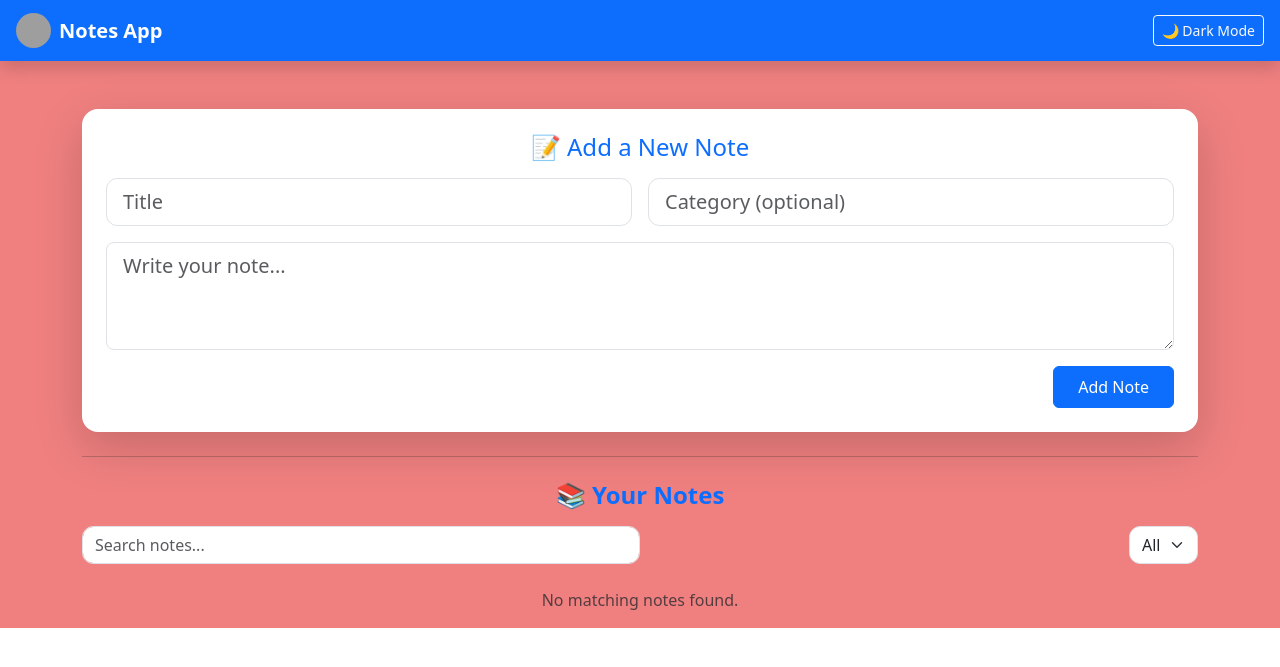
Repository: divakar-saravanan/NotesWeb
Page: / (app in notesapp/)
These files come from the project's save history. The page is drawn as it stood at one moment and after a run of saves; the edit follows.
The browser window is 1280 px wide. The pictures show the whole page.
Pictures or frames that could not be fetched are drawn as grey boxes. The project was rebuilt for these pictures with package versions that can differ from the ones it lists, and the page was loaded fresh each time. Also part of the build but not shown: notesapp/vite.config.js, notesapp/src/index.css, notesapp/src/Components/NoteCard.jsx.

Above is the page before, as saved 2025-10-09 20:53:25.

### notesapp/src/App.jsx
import React, { useState, useEffect } from "react";
import Navbar from "./Components/Navbar";
import NoteCard from "./Components/NoteCard";
import NoteForm from "./Components/NoteForm";
import { motion, AnimatePresence } from "framer-motion";
import "./App.css";
import 'bootstrap/dist/css/bootstrap.min.css';

const App = () => {
  const [notes, setNotes] = useState([]);
  const [editIndex, setEditIndex] = useState(null);
  const [isDarkMode, setIsDarkMode] = useState(
    JSON.parse(localStorage.getItem("isDarkMode")) || false
  );
  const [searchText, setSearchText] = useState("");
  const [categoryFilter, setCategoryFilter] = useState("All");

  // Load notes
  useEffect(() => {
    const savedNotes = JSON.parse(localStorage.getItem("notes")) || [];
    setNotes(savedNotes);
  }, []);

  // Save notes
  useEffect(() => {
    localStorage.setItem("notes", JSON.stringify(notes));
  }, [notes]);

  useEffect(() => {
    localStorage.setItem("isDarkMode", JSON.stringify(isDarkMode));
  }, [isDarkMode]);

  const addNote = (note) => {
    if (editIndex !== null) {
      const updatedNotes = [...notes];
      updatedNotes[editIndex] = note;
      setNotes(updatedNotes);
      setEditIndex(null);
    } else {
      setNotes([...notes, note]);
    }
  };

  const deleteNote = (index) => {
    setNotes(notes.filter((_, i) => i !== index));
  };

  const editNote = (index) => {
    setEditIndex(index);
  };

  const toggleTheme = () => {
    setIsDarkMode(!isDarkMode);
  };

  // Filter notes
  const filteredNotes = notes.filter((note) => {
    const matchesSearch =
      note.title.toLowerCase().includes(searchText.toLowerCase()) ||
      note.content.toLowerCase().includes(searchText.toLowerCase());
    const matchesCategory =
      categoryFilter === "All" ||
      (note.category && note.category.toLowerCase() === categoryFilter.toLowerCase());
    return matchesSearch && matchesCategory;
  });

  // Extract categories for dropdown
  const categories = ["All", ...new Set(notes.map((note) => note.category || "General"))];

  return (
    <div className={isDarkMode ? "dark-mode" : "light-mode"}>
      <Navbar isDarkMode={isDarkMode} toggleTheme={toggleTheme} />

      <div className="container my-5">
        <motion.div
          initial={{ opacity: 0, y: -30 }}
          animate={{ opacity: 1, y: 0 }}
          transition={{ duration: 0.5 }}
        >
          <NoteForm addNote={addNote} editNote={notes[editIndex]} />
        </motion.div>

        <hr className="my-4" />
        <h4 className="text-center mb-3 fw-bold text-primary">📚 Your Notes</h4>

        {/* 🔍 Search & Filter */}
        <div className="d-flex justify-content-between align-items-center mb-4 flex-wrap gap-3">
          <input
            type="text"
            placeholder="Search notes..."
            className="form-control w-50"
            value={searchText}
            onChange={(e) => setSearchText(e.target.value)}
          />

          <select
            className="form-select w-auto"
            value={categoryFilter}
            onChange={(e) => setCategoryFilter(e.target.value)}
          >
            {categories.map((cat, i) => (
              <option key={i} value={cat}>
                {cat}
              </option>
            ))}
          </select>
        </div>

        <div className="row g-4">
          <AnimatePresence>
            {filteredNotes.length === 0 ? (
              <motion.p
                key="empty"
                className="text-center text-muted"
                initial={{ opacity: 0 }}
                animate={{ opacity: 1 }}
                exit={{ opacity: 0 }}
              >
                No matching notes found.
              </motion.p>
            ) : (
              filteredNotes.map((note, index) => (
                <NoteCard
                  key={index}
                  note={note}
                  index={index}
                  deleteNote={deleteNote}
                  editNote={editNote}
                />
              ))
            )}
          </AnimatePresence>
        </div>
      </div>
    </div>
  );
};

export default App;

### notesapp/src/Components/Navbar.jsx
import React from "react";
import { motion } from "framer-motion";

const Navbar = ({ isDarkMode, toggleTheme }) => {
  return (
    <>
      <motion.nav
        className={`navbar ${
          isDarkMode ? "navbar-dark bg-dark" : "navbar-dark bg-primary"
        } px-3 shadow`}
        initial={{ y: -50, opacity: 0 }}
        animate={{ y: 0, opacity: 1 }}
        transition={{ duration: 0.4 }}
      >
        <a className="navbar-brand d-flex align-items-center" href="#">
          <img
            src="/logo192.png"
            alt="Logo"
            width="35"
            height="35"
            className="me-2 rounded-circle"
          />
          <strong>Notes App</strong>
        </a>

        <motion.button
          className={`btn btn-sm ${
            isDarkMode ? "btn-light" : "btn-outline-light"
          }`}
          onClick={toggleTheme}
          whileHover={{ scale: 1.1 }}
          whileTap={{ scale: 0.9 }}
        >
          {isDarkMode ? "☀ Light Mode" : "🌙 Dark Mode"}
        </motion.button>
      </motion.nav>
    </>
  );
};

export default Navbar;

### notesapp/src/Components/NoteForm.jsx
import React, { useState, useEffect } from "react";
import { motion } from "framer-motion";

const NoteForm = ({ addNote, editNote }) => {
  const [title, setTitle] = useState("");
  const [category, setCategory] = useState("");
  const [content, setContent] = useState("");

  useEffect(() => {
    if (editNote) {
      setTitle(editNote.title);
      setCategory(editNote.category);
      setContent(editNote.content);
    } else {
      setTitle("");
      setCategory("");
      setContent("");
    }
  }, [editNote]);

  const handleSubmit = (e) => {
    e.preventDefault();
    if (!title.trim() || !content.trim()) {
      alert("Please fill in the title and content!");
      return;
    }

    const newNote = { title, category, content };
    addNote(newNote);
    setTitle("");
    setCategory("");
    setContent("");
  };

  return (
    <motion.div
      className="card shadow-lg border-0 p-4 bg-white"
      whileHover={{ scale: 1.01 }}
      transition={{ type: "spring", stiffness: 200 }}
    >
      <h4 className="text-center mb-3 text-primary">
        {editNote ? "✏ Edit Note" : "📝 Add a New Note"}
      </h4>
      <form onSubmit={handleSubmit} className="row g-3">
        <div className="col-md-6">
          <input
            type="text"
            className="form-control form-control-lg"
            placeholder="Title"
            value={title}
            onChange={(e) => setTitle(e.target.value)}
          />
        </div>
        <div className="col-md-6">
          <input
            type="text"
            className="form-control form-control-lg"
            placeholder="Category (optional)"
            value={category}
            onChange={(e) => setCategory(e.target.value)}
          />
        </div>
        <div className="col-12">
          <textarea
            className="form-control form-control-lg"
            rows="3"
            placeholder="Write your note..."
            value={content}
            onChange={(e) => setContent(e.target.value)}
          ></textarea>
        </div>
        <div className="col-12 text-end">
          <motion.button
            type="submit"
            className={`btn ${editNote ? "btn-warning" : "btn-primary"} px-4 py-2`}
            whileHover={{ scale: 1.05 }}
            whileTap={{ scale: 0.9 }}
          >
            {editNote ? "Update Note" : "Add Note"}
          </motion.button>
        </div>
      </form>
    </motion.div>
  );
};

export default NoteForm;

### notesapp/src/App.css
input.form-control,
select.form-select {
  border-radius: 0.7rem;
  transition: all 0.3s ease-in-out;
}

input.form-control:focus,
select.form-select:focus {
  box-shadow: 0 0 8px rgba(0, 123, 255, 0.4);
}

body {
    font-family: "Poppins", sans-serif;
    transition: all 0.3s ease-in-out;
  }

  .light-mode {
    background-color: lightcoral;
    color: #212529;
  }

  .dark-mode {
    background-color: #121212;
    color: #f1f1f1;
  }

  .dark-mode .card {
    background-color: #1e1e1e;
    color: #f1f1f1;
    border: 1px solid #333;
  }

  .dark-mode .navbar {
    background-color: #222 !important;
  }

  .card {
    border-radius: 1rem !important;
  }

  .note-card {
    transition: all 0.3s ease-in-out;
  }

  .note-card:hover {
    box-shadow: 0px 6px 20px rgba(0, 0, 0, 0.2);
  }

Loaded but not shown: notesapp/index.html (common file); notesapp/src/main.jsx (common file)

After the next 2 saves:
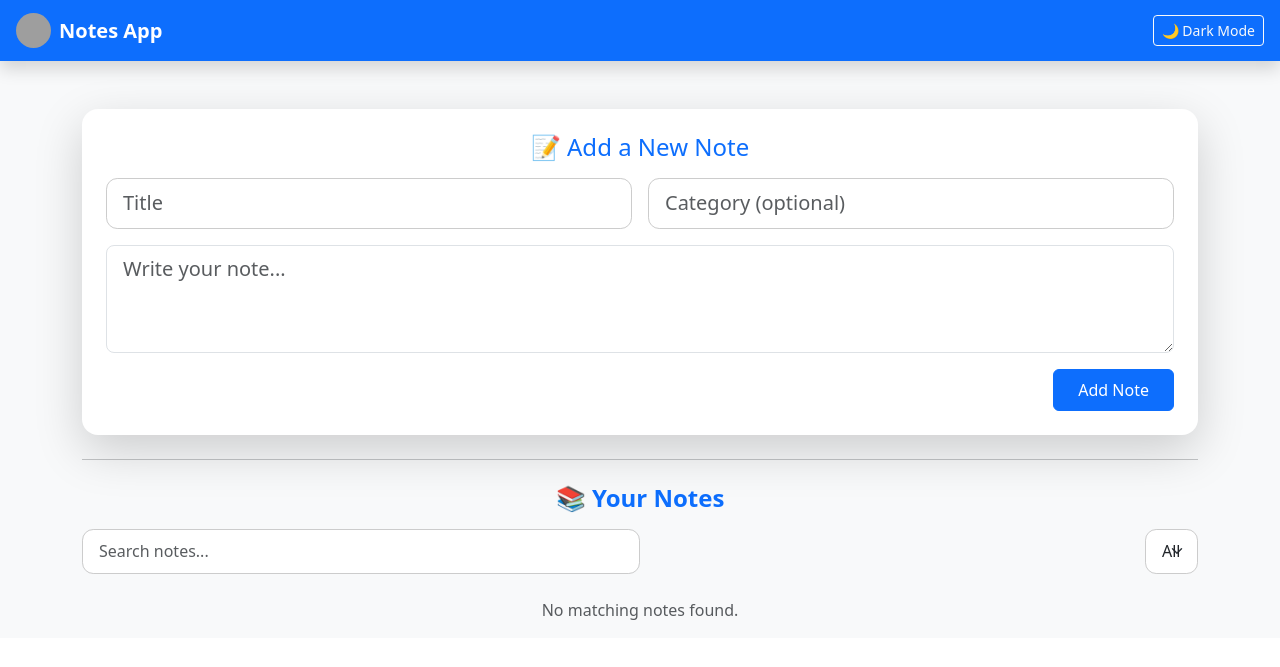
The 2 saves are shown as one change because they came seconds apart.
The last was saved 24 s later.
--- a/notesapp/src/App.css
+++ b/notesapp/src/App.css
@@ -1,47 +1,77 @@
+/* General Inputs & Selects */
 input.form-control,
 select.form-select {
   border-radius: 0.7rem;
   transition: all 0.3s ease-in-out;
+  border: 1px solid #ccc;
+  padding: 0.6rem 1rem;
 }
 
 input.form-control:focus,
 select.form-select:focus {
   box-shadow: 0 0 8px rgba(0, 123, 255, 0.4);
+  border-color: #007bff;
 }
 
+/* Body & Mode */
 body {
-    font-family: "Poppins", sans-serif;
-    transition: all 0.3s ease-in-out;
-  }
+  font-family: "Poppins", sans-serif;
+  transition: all 0.3s ease-in-out;
+}
 
-  .light-mode {
-    background-color: lightcoral;
-    color: #212529;
-  }
+.light-mode {
+  background-color: #f8f9fa;
+  color: #212529;
+}
 
-  .dark-mode {
-    background-color: #121212;
-    color: #f1f1f1;
-  }
+.dark-mode {
+  background-color: #121212;
+  color: #f1f1f1;
+}
 
-  .dark-mode .card {
-    background-color: #1e1e1e;
-    color: #f1f1f1;
-    border: 1px solid #333;
-  }
+.dark-mode .card {
+  background-color: #1e1e1e;
+  color: #f1f1f1;
+  border: 1px solid #333;
+}
 
-  .dark-mode .navbar {
-    background-color: #222 !important;
-  }
+.dark-mode .navbar {
+  background-color: #222 !important;
+}
 
-  .card {
-    border-radius: 1rem !important;
-  }
+/* Card Styling */
+.card {
+  border-radius: 1rem !important;
+  padding: 1rem;
+  margin: 1rem 0;
+  transition: transform 0.3s ease, box-shadow 0.3s ease, background 0.3s ease;
+}
 
-  .note-card {
-    transition: all 0.3s ease-in-out;
-  }
+/* Modern Note Card */
+.note-card {
+  border-radius: 1rem;
+  padding: 1rem;
+  background: linear-gradient(135deg, #f6d365 0%, #fda085 100%);
+  color: #212529;
+  box-shadow: 0px 4px 15px rgba(0, 0, 0, 0.1);
+  transition: all 0.4s ease-in-out;
+}
 
-  .note-card:hover {
-    box-shadow: 0px 6px 20px rgba(0, 0, 0, 0.2);
-  }
+/* Hover Effect */
+.note-card:hover {
+  transform: translateY(-5px) scale(1.02);
+  box-shadow: 0px 8px 25px rgba(0, 0, 0, 0.2);
+}
+
+/* Different Card Backgrounds for Variety */
+.note-card.red { background: linear-gradient(135deg, #f85032 0%, #e73827 100%); color: #fff; }
+.note-card.blue { background: linear-gradient(135deg, #2193b0 0%, #6dd5ed 100%); color: #fff; }
+.note-card.green { background: linear-gradient(135deg, #56ab2f 0%, #a8e063 100%); color: #fff; }
+.note-card.purple { background: linear-gradient(135deg, #614385 0%, #516395 100%); color: #fff; }
+.note-card.orange { background: linear-gradient(135deg, #ff8008 0%, #ffc837 100%); color: #fff; }
+
+/* Smooth Dark Mode Override for Cards */
+.dark-mode .note-card {
+  background: #2a2a2a;
+  color: #f1f1f1;
+}
